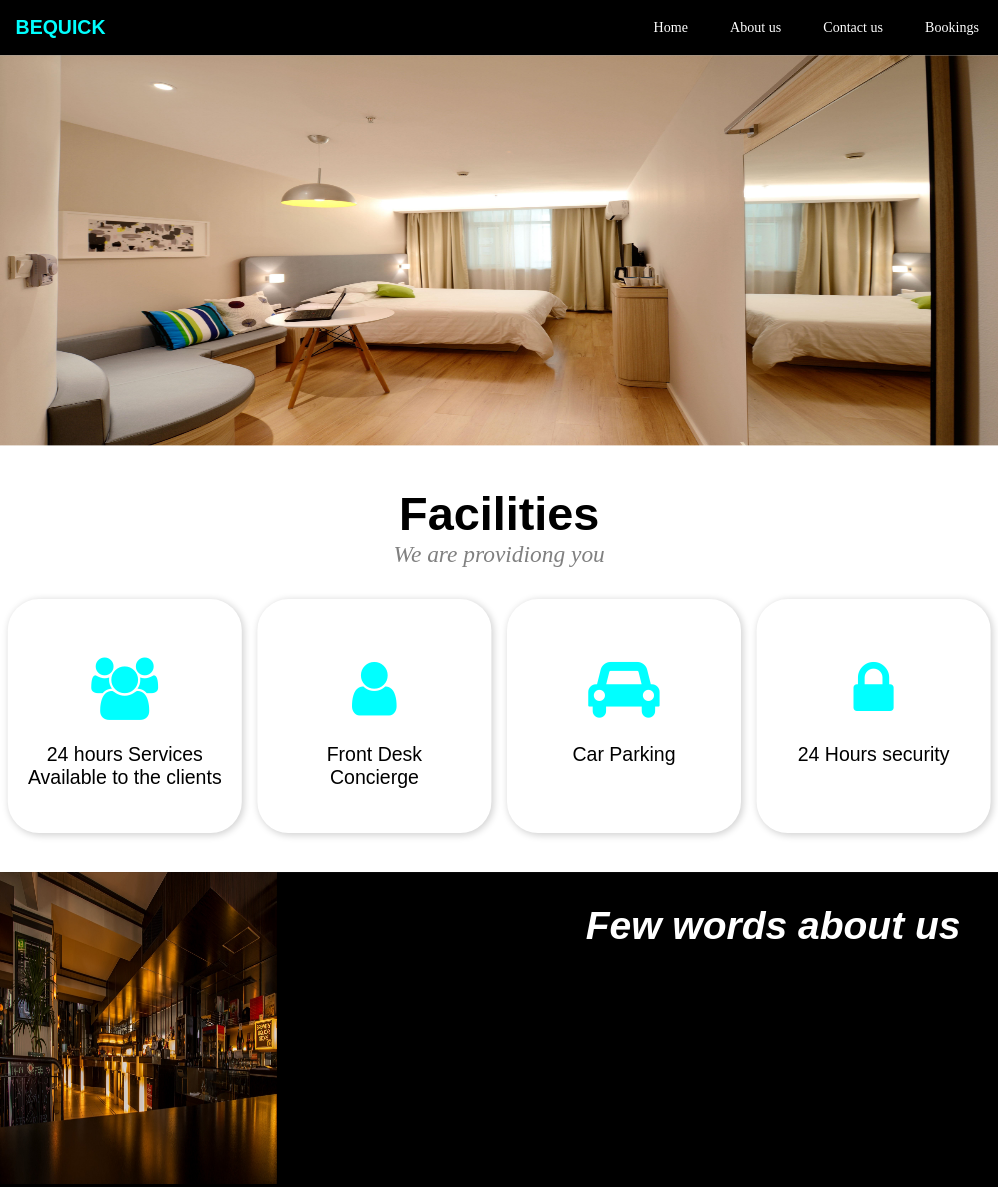
Repository: Ayushi6Sharma/BEQUICK_Hotel_Booking_Web
Page: index.html
The author's editor kept a copy of each file at every save. The page is drawn from the files as they stood at one save, then again after the next save.
The browser window is 1280 px wide. The pictures show the whole page, at 78% of full size.

Above is the page before, as saved 2022-05-09 01:56:06.

### index.html
<!DOCTYPE html>
<html lang="en">
<head>
    <meta charset="UTF-8">
    <meta http-equiv="X-UA-Compatible" content="IE=edge">
    <meta name="viewport" content="width=device-width, initial-scale=1.0">
    <link rel="stylesheet" href="style.css">
    <!-- <link rel="stylesheet" href="https://cdn.jsdelivr.net/npm/@fortawesome/fontawesome-free@5.15.4/css/fontawesome.min.css" integrity="sha384-jLKHWM3JRmfMU0A5x5AkjWkw/EYfGUAGagvnfryNV3F9VqM98XiIH7VBGVoxVSc7" crossorigin="anonymous"> -->
    <!-- <link href="https://cdnjs.cloudflare.com/ajax/libs/font-awesome/5.13.0/css/all.min.css" rel="stylesheet"> -->
    <link rel="stylesheet" href="https://stackpath.bootstrapcdn.com/font-awesome/4.7.0/css/font-awesome.min.css" integrity="sha384-wvfXpqpZZVQGK6TAh5PVlGOfQNHSoD2xbE+QkPxCAFlNEevoEH3Sl0sibVcOQVnN" crossorigin="anonymous">

</head>
    <title>Document</title>
</head>
<body>
    <main>
        <nav class="nav">

            <ul class="nav-list">
                <span class="logo">BEQUICK</span>
                <li><a href="#">Home</a></li>
                <li><a href="#">About us</a></li>
                <li><a href="#">Contact us</a></li>
                <li><a href="#">Bookings</a></li>
            </ul>
        </nav>
        <section>
            <div class="hotel-main-image">
                <!-- <div class="bookings-btn">Bookings</div> -->
                <img src="./images/hotel-img-2.jpg" class="hotel-img-2">
            </div>
        </section>
        <!-- section 2  -->
        <section>
            <div class="section2-facilities">
               <div class="main-facilities">Facilities</div>
                <div class="main-facilities-lower">We are providiong you </div>
            </div>
            <div class="flex1-container1">
                <div class="flex1-item1">
                    <div class="facilities">
                        <i class="fa fa-users fa-5x"></i>
                        <div class="facilities-content">
                            24 hours Services Available to the clients
                        </div>
                    </div>
                </div>
                <div class="flex1-item2">
                    <div class="facilities">
                        <i class="fa fa-user fa-5x"></i>
                        <div class="facilities-content">
                            Front Desk
                            <br/>Concierge
                        </div>
                    </div>
                </div>
                <div class="flex1-item3">
                    <div class="facilities">
                        <i class="fa fa-car fa-5x"></i>
                        <div class="facilities-content">
                            Car Parking
                        </div>
                    </div>
                </div>
                <div class="flex1-item4">
                    <div class="facilities">
                        <i class="fa fa-lock fa-5x"></i>
                        <div class="facilities-content">
                            24 Hours security
                        </div>
                    </div>
                </div>
            </div>
        </section>
        <!-- section 3 -->
        <section>
            <div class="about">
                <div>
                    <img src="./images/hotel-img-3.jpg" class="about-image">
                </div>
                <div class="about-content">
                    <div class="about-content-1">
                        Few words about us
                    </div>
                    <div class="about-content-2">
                        Lorem ipsum dolor sit, amet consectetur adipisicing elit.
                        <br/>Corrupti expedita eveniet, amet nesciunt sint voluptatum,
                        <br> cupiditate ab eum perspiciatis nisi quisquam. Maiores fugiat dignissimos sequi
                        <br> obcaecati quis corrupti animi rem.
                    </div>
                </div>
            </div>
        </section>
    </main>
</body>
</html>

### style.css
*
{
    padding: 0px;
    margin: 0px;
    box-sizing: border-box;
}
/* nav */
.nav
{
    background-color: black;
}
.nav-list
{
    list-style-type:none;
    width: 100%;
    text-align: end;
}
.nav-list > li
{
    display: inline-block;
    padding: 25px;
    font-size: 18px;
}
.nav-list li a
{
    text-decoration: none;
    color:white;
}
.nav-list li a:hover
{
    color: aquamarine;
}
.logo
{
    padding: 20px;
    color:aqua;
    float: left;
    font-size: 25px;
    font-weight: bolder;
    font-family: sans-serif;
}
/* section 1 */
/* main image */
.hotel-img-2
{
    width: 100%;
    height:500px;
}
hotel-main-image
{
    position: relative;
}
/* .bookings-btn
{
    width:250px;
    height: 60px;
    background-color: black;
    color:white;
    border-radius: 40px;
    text-align: center;
    padding-top: 15px;
    font-size:25px;
    font-family: sans-serif;
    position: absolute;
} */

/* section 2 */
.flex1-container1
{
    display: flex;
    flex-direction: row;
    flex-wrap: wrap;
    margin-top: 40px;
    justify-content: space-around;
    align-content:space-around;
}
/* Facilities */
.section2-facilities
{
    text-align: center;
    margin-top:50px;
}
.main-facilities
{
    font-size: 60px;
    font-weight: bold;
    font-family: sans-serif;
}
.main-facilities-lower
{
    font-size: 30px;
    font-style: italic;
    color:grey;
}
.facilities
{
    width:300px;
    height:300px;
    text-align:center;
    border-radius: 40px;
    box-shadow: 2px 2px 10px 1px lightgrey;
}
.fa
{
    color:aqua;
    margin-top:25%;
}
.facilities-content
{   margin-top: 30px;
    font-size: 25px;
    font-family:sans-serif;
}
/* section 3 */
.about{
    margin-top: 50px;
    display: flex;
    flex-wrap: wrap;
    background-color:black;
}
.about-image
{
    width:50%;
    height:400px;
}
.about-content-1
{
    font-size: 50px;
    font-weight: bold;
    font-family: sans-serif;
    margin: auto;
    color: white;
    font-style: italic;
    padding: 40px;
}
/* .about-content-2
{
    color:white;
    word-wrap: break-word; */
}

After the next save:
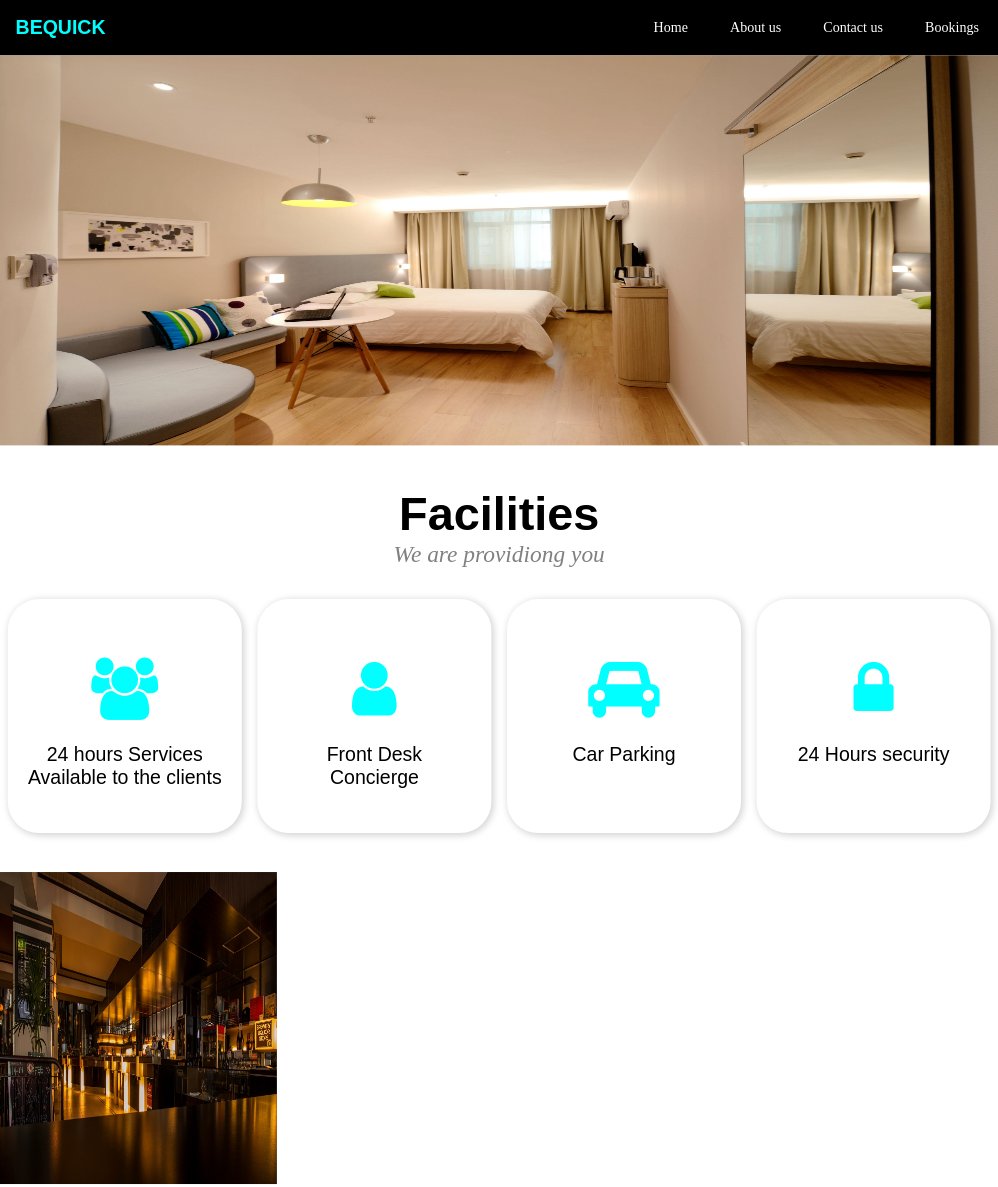
Saved 21 s later.
--- a/style.css
+++ b/style.css
@@ -115,7 +115,7 @@
     margin-top: 50px;
     display: flex;
     flex-wrap: wrap;
-    background-color:black;
+    /* background-color:black; */
 }
 .about-image
 {
@@ -132,8 +132,8 @@
     font-style: italic;
     padding: 40px;
 }
-/* .about-content-2
+.about-content-2
 {
     color:white;
-    word-wrap: break-word; */
+    word-wrap: break-word;
 }

After the save that followed:
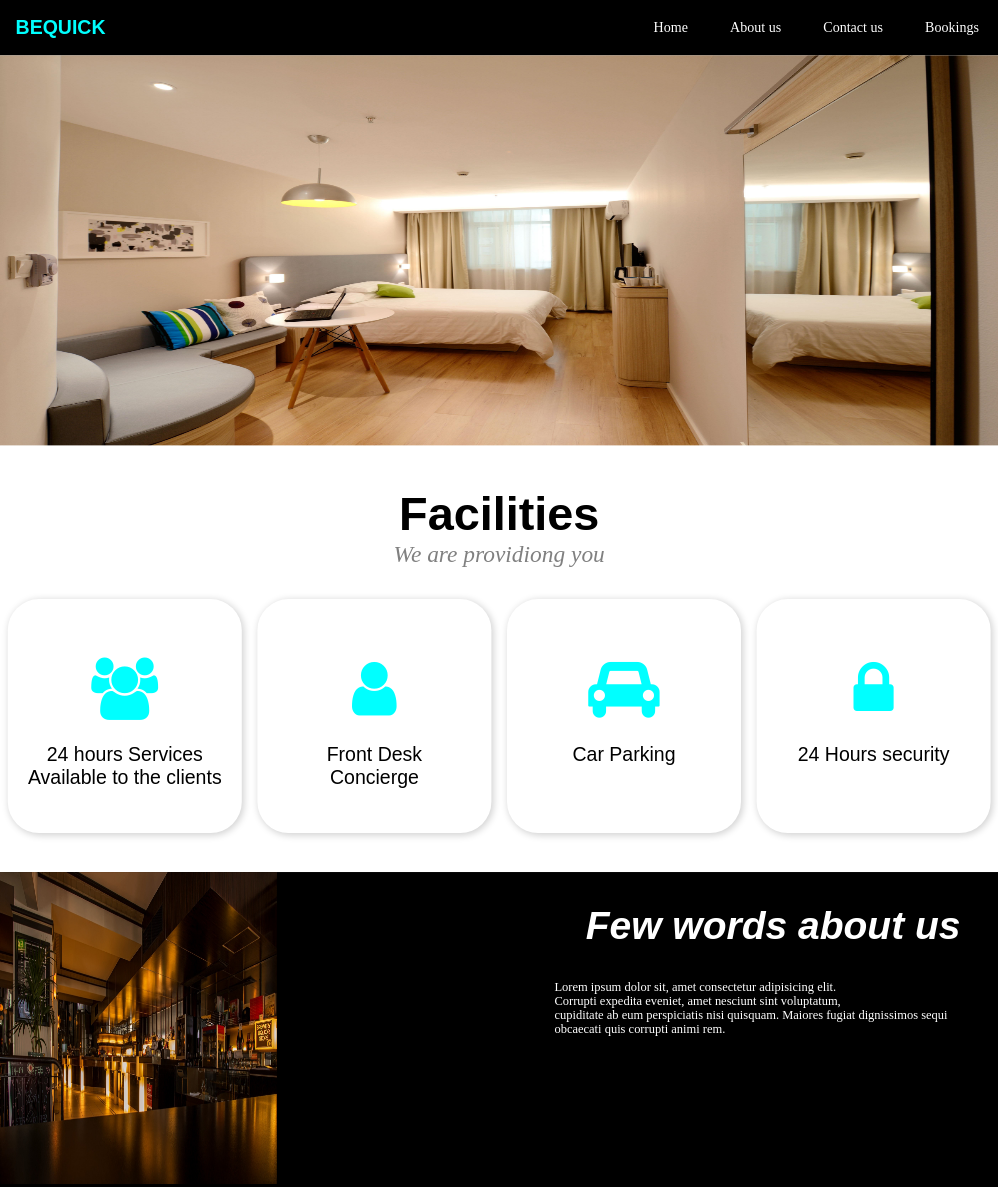
Saved 4 s later.
--- a/style.css
+++ b/style.css
@@ -115,7 +115,7 @@
     margin-top: 50px;
     display: flex;
     flex-wrap: wrap;
-    /* background-color:black; */
+    background-color:black;
 }
 .about-image
 {
